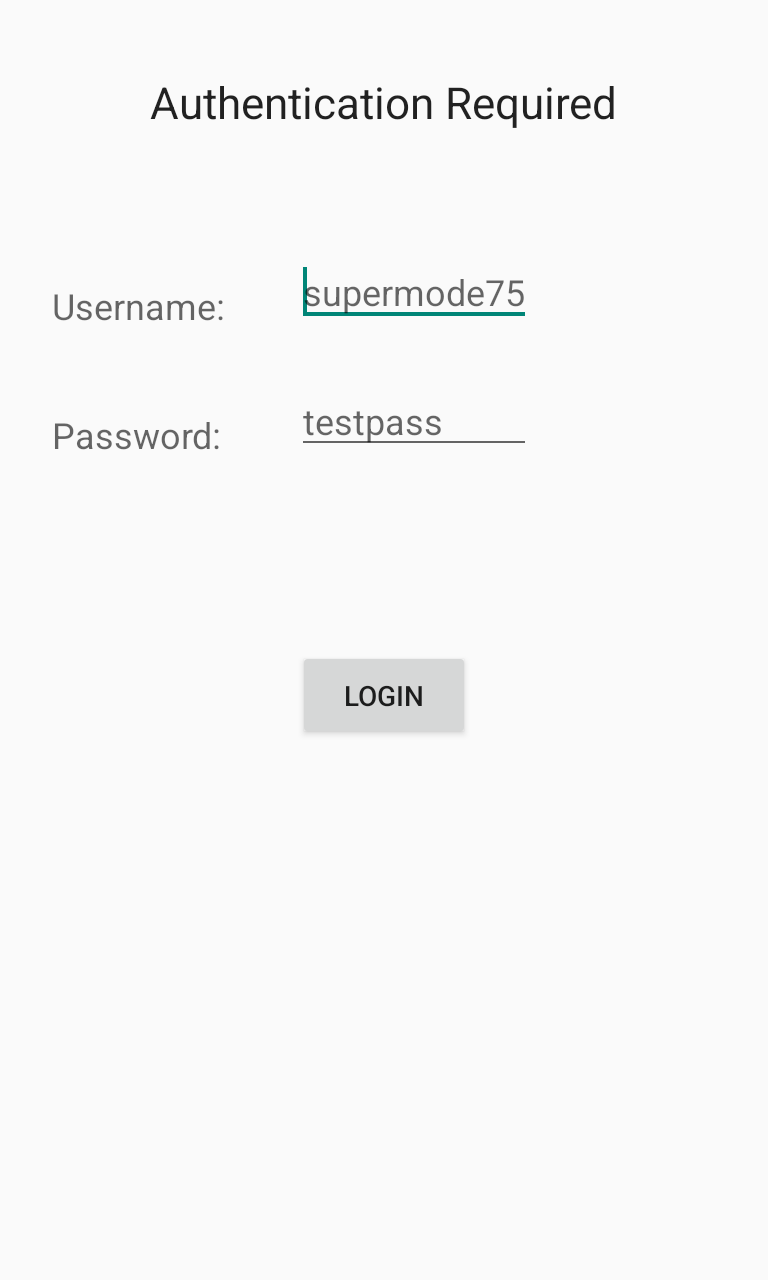
Repository: BurtWurst/MyFields_Mobile
Layout: Android/Login/res/layout/activity_main.xml
These files come from the project's save history. The layout is drawn as it stood at one moment and after the next save; the edit follows.
It is drawn on a 768 x 1280 px phone screen (xhdpi) without system bars, with theme AppTheme; the app's code is not run.

Above is the layout before, as saved 2014-12-06 16:11:28.

### Android/Login/res/layout/activity_main.xml
<RelativeLayout xmlns:android="http://schemas.android.com/apk/res/android"
    xmlns:tools="http://schemas.android.com/tools"
    android:layout_width="match_parent"
    android:layout_height="match_parent"
    android:paddingBottom="@dimen/activity_vertical_margin"
    android:paddingLeft="@dimen/activity_horizontal_margin"
    android:paddingRight="@dimen/activity_horizontal_margin"
    android:paddingTop="@dimen/activity_vertical_margin"
    tools:context="com.javacodegeeks.android.loginapp.MainActivity" >

     <TextView
	      android:id="@+id/textView1"
	      android:layout_width="wrap_content"
	      android:layout_height="wrap_content"
	      android:layout_alignParentTop="true"
	      android:layout_centerHorizontal="true"
	      android:layout_marginTop="20dp"
	      android:text="Authentication Required"
	      android:textAppearance="?android:attr/textAppearanceLarge" />

      <TextView
	      android:id="@+id/textView2"
	      android:layout_width="wrap_content"
	      android:layout_height="wrap_content"
	      android:layout_alignParentLeft="true"
	      android:layout_below="@+id/textView1"
	      android:layout_marginTop="75dp"
	      android:layout_marginLeft="10dp"
	      android:text="Username:"
	      android:textAppearance="?android:attr/textAppearanceMedium" />

      <EditText
	      android:id="@+id/usernameET"
	      android:layout_width="wrap_content"
	      android:layout_height="wrap_content"
	      android:layout_alignBottom="@+id/textView2"
	      android:layout_marginLeft="35dp"
	      android:layout_toRightOf="@+id/textView2"
	      android:hint="supermode75" >
      	  <requestFocus />
   	  </EditText>

      <TextView
	      android:id="@+id/textView3"
	      android:layout_width="wrap_content"
	      android:layout_height="wrap_content"
	      android:layout_alignLeft="@+id/textView2"
	      android:layout_below="@+id/textView2"
	      android:layout_marginTop="40dp"
	      android:text="Password:"
	      android:textAppearance="?android:attr/textAppearanceMedium" />

      <EditText
          android:id="@+id/passwordET"
          android:layout_width="wrap_content"
          android:layout_height="wrap_content"
          android:layout_alignBottom="@+id/textView3"
          android:layout_alignLeft="@+id/usernameET"
          android:layout_alignRight="@+id/usernameET"
          android:hint="testpass"
          android:inputType="textPassword" />

       <TextView
	      android:id="@+id/attemptsLeftTV"
	      android:layout_width="wrap_content"
	      android:layout_height="wrap_content"
	      android:layout_alignLeft="@+id/textView3"
	      android:layout_below="@+id/textView3"
	      android:layout_marginLeft="30dp"
	      android:layout_marginTop="48dp"
	      android:text="Attempts Left:"
	      android:visibility="invisible"
	      android:textAppearance="?android:attr/textAppearanceMedium" />

       <Button
	      android:id="@+id/loginBtn"
	      android:layout_width="wrap_content"
	      android:layout_height="wrap_content"
	      android:layout_below="@+id/passwordET"
	      android:layout_centerHorizontal="true"
	      android:layout_marginTop="94dp"
	      android:onClick="authenticateLogin"
	      android:text="Login" />

       <TextView
	      android:id="@+id/numberOfRemainingLoginAttemptsTV"
	      android:layout_width="wrap_content"
	      android:layout_height="wrap_content"
	      android:layout_alignRight="@+id/textView1"
	      android:layout_alignTop="@+id/attemptsLeftTV"
	      android:visibility="invisible" />

       <TextView
	      android:id="@+id/loginLockedTV"
	      android:layout_width="wrap_content"
	      android:layout_height="wrap_content"
	      android:layout_below="@+id/loginBtn"
	      android:layout_marginTop="35dp"
	      android:layout_centerHorizontal="true"
	      android:textAppearance="?android:attr/textAppearanceMedium"
	      android:visibility="invisible" />

</RelativeLayout>

Loaded but not shown: Android/Login/res/values/styles.xml (common file); Android/Login/res/values-v11/styles.xml (common file); Android/Login/res/values-v14/styles.xml (common file); Android/Login/res/values/dimens.xml (common file); Android/Login/res/values-w820dp/dimens.xml (common file)

After the next save:
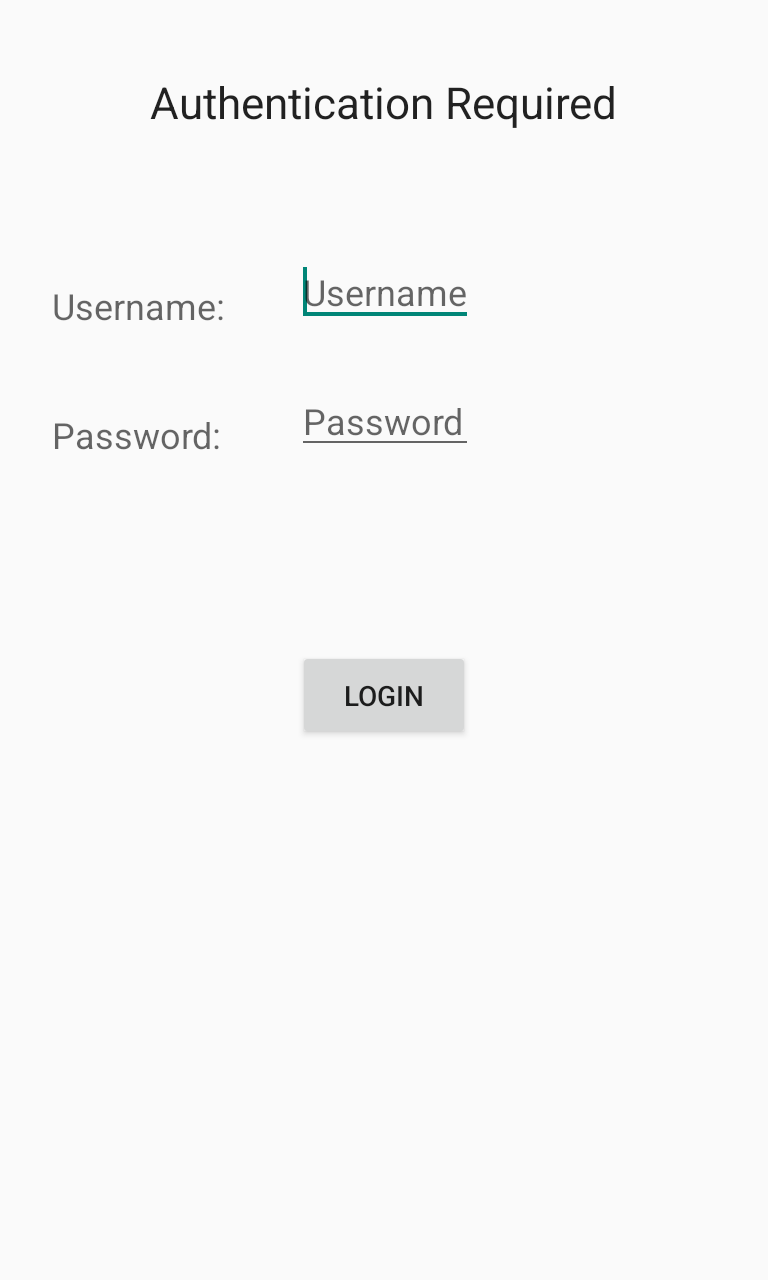
Saved 2 min 32 s later.
--- a/Android/Login/res/layout/activity_main.xml
+++ b/Android/Login/res/layout/activity_main.xml
@@ -36,7 +36,7 @@
 	      android:layout_alignBottom="@+id/textView2"
 	      android:layout_marginLeft="35dp"
 	      android:layout_toRightOf="@+id/textView2"
-	      android:hint="supermode75" >
+	      android:hint="Username" >
       	  <requestFocus />
    	  </EditText>
 
@@ -57,7 +57,7 @@
           android:layout_alignBottom="@+id/textView3"
           android:layout_alignLeft="@+id/usernameET"
           android:layout_alignRight="@+id/usernameET"
-          android:hint="testpass"
+          android:hint="Password"
           android:inputType="textPassword" />
 
        <TextView
